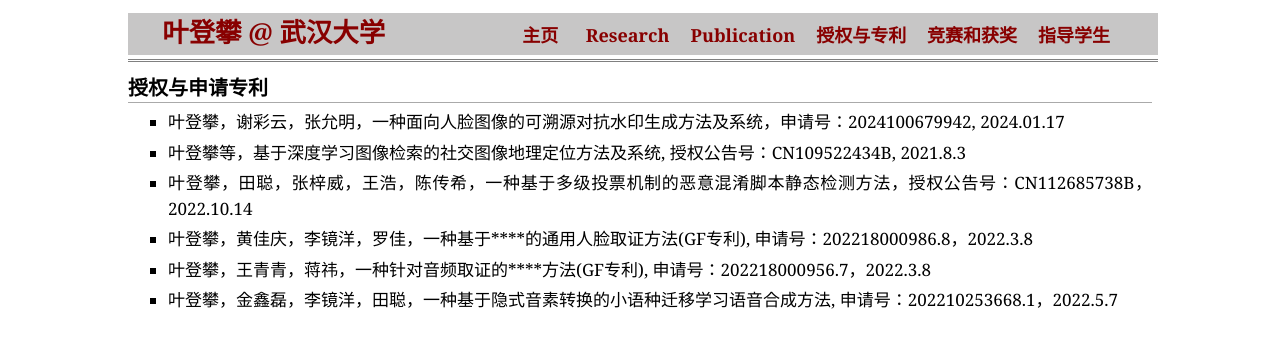
Repository: yedengpan/yedengpan.github.io
Page: patent.html
An editor plug-in stored every save of this project. The page is shown before and after the next save, followed by the edit.
The browser window is 1280 px wide. The pictures show the whole page.

Above is the page before, as saved 2024-01-18 21:06:35.
Console error: SyntaxError: Unexpected token '%'

### patent.html
<!DOCTYPE html PUBLIC "-//W3C//DTD XHTML 1.1//EN" "http://www.w3.org/TR/xhtml11/DTD/xhtml11.dtd">
<html xmlns="http://www.w3.org/1999/xhtml" xml:lang="en">
<head>
    <meta http-equiv="Content-Type" content="text/html; charset=UTF-8">
    <meta name="generator" content="jemdoc, see http://jemdoc.jaboc.net/">

    <link rel="stylesheet" href="./source_files/jemdoc.css" type="text/css">
    <title>授权与专利</title>
    <script type="text/javascript" src="./source_files/jquery-1.12.4.min.js"></script>
    <script src="./source_files/main.js"></script>

</head>
<body>
    <div id="layout-content">

        <div id="toptitle">
            <h1 width=100% id="home">
                &nbsp;&nbsp;&nbsp;&nbsp;
                <font color="#880000">叶登攀 @ 武汉大学</font>
                &nbsp;&nbsp;&nbsp;&nbsp;&nbsp;&nbsp;&nbsp;&nbsp;&nbsp;&nbsp;&nbsp;&nbsp;&nbsp;&nbsp;&nbsp;&nbsp;&nbsp;&nbsp;
                <a href="./index.html"><font color="#880000" size="4.0px">主页</font></a>
                &nbsp;&nbsp;
                <a href="./research.html"><font color="#880000" size="4.0px">Research &nbsp;&nbsp;</font></a>
                <a href="./publication.html"><font color="#880000" size="4.0px">Publication &nbsp;&nbsp;</font></a>
                <a href="./patent.html"><font color="#880000" size="4.0px">授权与专利 &nbsp;&nbsp;</font></a>
                <a href="./awards.html"><font color="#880000" size="4.0px">竞赛和获奖 &nbsp;&nbsp;</font></a>
                <a href="./student.html"><font color="#880000" size="4.0px">指导学生 &nbsp;&nbsp;</font></a>                &nbsp;&nbsp;&nbsp;&nbsp;
            </h1>
        </div>

        <br> <br>

        <h2>授权与申请专利</h2>
        <body>
            <ul>
                <li>
                    <p style="text-align: justify;">
                        叶登攀，谢彩云，张允明，一种面向人脸图像的可溯源对抗水印生成方法及系统，申请号：2024100679942, 2024.01.17
                    </p>

                </li>
                <li>
                    <p style="text-align:justify;">
                        叶登攀等，基于深度学习图像检索的社交图像地理定位方法及系统, 授权公告号：CN109522434B, 2021.8.3
                    </p>
                </li>
                <li>
                    <p style="text-align:justify;">
                        叶登攀，田聪，张梓威，王浩，陈传希，一种基于多级投票机制的恶意混淆脚本静态检测方法，授权公告号：CN112685738B，2022.10.14
                    </p>
                </li>
                <li>
                    <p style="text-align:justify;">
                        叶登攀，黄佳庆，李镜洋，罗佳，一种基于****的通用人脸取证方法(GF专利), 申请号：202218000986.8，2022.3.8
                    </p>
                </li>
                <li>
                    <p style="text-align:justify;">
                        叶登攀，王青青，蒋祎，一种针对音频取证的****方法(GF专利), 申请号：202218000956.7，2022.3.8
                    </p>
                </li>
                <li>
                    <p style="text-align:justify;">
                        叶登攀，金鑫磊，李镜洋，田聪，一种基于隐式音素转换的小语种迁移学习语音合成方法, 申请号：202210253668.1，2022.5.7
                    </p>
                </li>
                <!--<li>
                    <p style="text-align:justify;">
                        叶登攀,王蕊，基于多尺度特征融合的通用图像篡改取证方法及系统，授权公告号：CN116721320A，2023.09.08
                    </p>
                </li>
                <li>
                    <p style="text-align:justify;">
                        叶登攀，金鑫磊，李镜洋，田聪，一种基于隐式音素转换的小语种迁移学习语音合成方法,申请号：202210253668.1，2022.5.7
                    </p>
                </li>
                <li>
                    <p style="text-align:justify;">
                        叶登攀等，一种基于脉搏信号的AI深度换脸视频取证方法, 申请号：201811352507.8, 2018.
                    </p>
                </li>
                <li>
                    <p style="text-align:justify;">
                        叶登攀等, 一种安全媒体指纹生成和鉴定的方法, 授权号：ZL201410208099.4, 2016.
                    </p>
                </li>
                <li>
                    <p style="text-align:justify;">
                        叶登攀，张倬胜，卢玥锟，张浩天，吴荀，一种群智感知大数据公共安全识别方法及系统，授权号：ZL201510500666.8（2017）
                    </p>
                </li>
                <li>
                    <p style="text-align:justify;">
                        叶登攀，欧阳坤，朱吉祥，马方方，一种移动平台上基于情景感知的访问控制系统及方法，授权号：ZL201510679226.3（2018）
                    </p>
                </li>
                <li>
                    <p style="text-align:justify;">
                        叶登攀，张倬胜，卢玥锟，张浩天，吴荀，一种基于群智感知的多模态数据融合方法，申请公布号：CN105005558A（2015）
                    </p>
                </li>
                <li>
                    <p style="text-align:justify;">
                        叶登攀，廉士国，王丽娜，多媒体数据盗版追踪方法，授权号：ZL101645116B（2011）
                    </p>
                </li>
                <li>
                    <p style="text-align:justify;">
                        叶登攀，廉士国，王丽娜，一种媒体发布网络中的发布内容控制方法，授权号：Zl101645117B（2011）
                    </p>
                </li>
                <li>
                    <p style="text-align:justify;">
                        叶登攀，廉士国，王丽娜，视频光盘安全分发方法，授权号：Zl101645289B（2011）
                    </p>
                </li>-->

            </ul>
        </body>
</html>

### source_files/jemdoc.css
/* Default css file for jemdoc. */

table#tlayout {
    border: none;
    border-collapse: separate;
    background: white;
}

/*body.my-body {
	background: white;*/
	/*	font-family: Georgia, serif;*/
	/*font-family: "Times New Roman", Sans-serif, Serif, Arial, Helvetica, sans-serif;
	padding-bottom: 8px;
	margin: 0;
	text-align: center;
}*/

body {
	background: white;
	font-family: Georgia, serif;
	padding-bottom: 8px;
	margin: 0;
	text-align: center;
}

/*
:lang(en) {
	font-family: "Arial", sans-serif;
}

:not(:lang(en)) {
	font-family: inherit;
}
*/

#layout-menu {
	background: #f6f6f6;
	border: 1px solid #dddddd;
	padding-top: 0.5em;
	padding-left: 8px;
	padding-right: 8px;
	font-size: 1.0em;
	width: auto;
	white-space: nowrap;
    text-align: left;
    vertical-align: top;
}

#layout-menu td {
	background: #f4f4f4;
    vertical-align: top;
}

#layout-content {
	padding-top: 0.0em;
	padding-left: 1.0em;
	padding-right: 1.0em;
    border: none;
    background: white;
    text-align: left;
    vertical-align: top;
    /* width:950px; */
    width:1024px;
	/* width:1024px; */
    margin: auto;
}

#layout-menu a {
	line-height: 1.5em;
	margin-left: 0.5em;
}

tt {
    background: #ffffdd;
}

pre, tt {
	font-size: 90%;
	font-family: monaco, monospace;
}

a, a > tt {
	/*color: #0000FF;*/
  color: #0055AA;
	text-decoration: none;
}

a:hover {
	border-bottom: 1px gray dotted;
}

#layout-menu a.current:link, #layout-menu a.current:visited {
	color: #022b6d;
	border-bottom: 1px gray solid;
}
#layout-menu a:link, #layout-menu a:visited, #layout-menu a:hover {
	color: #527bbd;
	text-decoration: none;
}
#layout-menu a:hover {
	text-decoration: none;
}

div.menu-category {
	border-bottom: 1px solid gray;
	margin-top: 0.8em;
	padding-top: 0.2em;
	padding-bottom: 0.1em;
	font-weight: bold;
}

div.menu-item {
	padding-left: 16px;
	text-indent: -16px;
}

div#toptitle {
	padding-bottom: 0.2em;
	margin-bottom: 1.5em;
	border-bottom: 3px double gray;
  position:fixed;

}

/* Reduce space if we begin the page with a title. */
div#toptitle + h2, div#toptitle + h3 {
	margin-top: -0.7em;
}

div#subtitle {
	margin-top: 0.0em;
	margin-bottom: 0.0em;
	padding-top: 0em;
	padding-bottom: 0.1em;
}

em {
	font-style: italic;
}

strong {
	font-weight: bold;
}


h1, h2, h3 {
	color: #000000;
	margin-top: 0.9em;
	margin-bottom: 0.3em;
	padding-bottom: 0.2em;
	line-height: 1.0;
	padding-top: 0.5em;
	border-bottom: 1px solid #aaaaaa;
}

h1 {
	font-size: 165%;
  /*background: #003366;*/
  background: #C7C6C6;
  line-height: 1.5;
}

h2 {
	padding-top: 0.8em;
	font-size: 125%;
}

h2 + h3 {
    padding-top: 0.2em;
}

h3 {
	font-size: 110%;
	border-bottom: none;
}

p {
	margin-top: 0.0em;
	margin-bottom: 0.8em;
	padding: 0;
	line-height: 1.5;
  	/*size of font in body*/
  	font-size: 17px;
}

pre {
	padding: 0;
	margin: 0;
}

div#footer {
	font-size: small;
	border-top: 1px solid #c0c0c0;
	padding-top: 0.1em;
	margin-top: 4.0em;
	color: #c0c0c0;
}

div#footer a {
	color: #80a0b0;
}

div#footer-text {
	float: left;
	padding-bottom: 8px;
}

ul, ol, dl {
	margin-top: 0.2em;
	padding-top: 0;
	margin-bottom: 0.8em;
}

dt {
	margin-top: 0.5em;
	margin-bottom: 0;
}

dl {
	margin-left: 20px;
}

dd {
	color: #222222;
}

dd > *:first-child {
	margin-top: 0;
}

ul {
	list-style-position: outside;
	list-style-type: square;
}

p + ul, p + ol {
	margin-top: -0.5em;
}

li ul, li ol {
	margin-top: -0.3em;
}

ol {
	list-style-position: outside;
	list-style-type: decimal;
}

li p, dd p {
	margin-bottom: 0.3em;
}


ol ol {
	list-style-type: lower-alpha;
}

ol ol ol {
	list-style-type: lower-roman;
}

p + div.codeblock {
	margin-top: -0.6em;
}

div.codeblock, div.infoblock {
	margin-right: 0%;
	margin-top: 1.2em;
	margin-bottom: 1.3em;
}

div.blocktitle {
	font-weight: bold;
	color: #cd7b62;
	margin-top: 1.2em;
	margin-bottom: 0.1em;
}

div.blockcontent {
	border: 1px solid silver;
	padding: 0.3em 0.5em;
}

div.infoblock > div.blockcontent {
	background: #ffffee;
}

div.blockcontent p + ul, div.blockcontent p + ol {
	margin-top: 0.4em;
}

div.infoblock p {
	margin-bottom: 0em;
}

div.infoblock li p, div.infoblock dd p {
	margin-bottom: 0.5em;
}

div.infoblock p + p {
	margin-top: 0.8em;
}

div.codeblock > div.blockcontent {
	background: #f6f6f6;
}

span.pycommand {
	color: #000070;
}

span.statement {
	color: #008800;
}
span.builtin {
	color: #000088;
}
span.special {
	color: #990000;
}
span.operator {
	color: #880000;
}
span.error {
	color: #aa0000;
}
span.comment, span.comment > *, span.string, span.string > * {
	color: #606060;
}

@media print {
	#layout-menu { display: none; }
}

#fwtitle {
	margin: 2px;
}

#fwtitle #toptitle {
	padding-left: 0.5em;
	margin-bottom: 0.5em;
}

#layout-content h1:first-child, #layout-content h2:first-child, #layout-content h3:first-child {
	margin-top: -0.7em;
}

div#toptitle h1, #layout-content div#toptitle h1 {
	margin-bottom: 0.0em;
	padding-bottom: 0.1em;
	padding-top: 0;
	margin-top: 0.5em;
	border-bottom: none;
}

img.eq {
	padding: 0;
	padding-left: 0.1em;
	padding-right: 0.1em;
	margin: 0;
}

img.eqwl {
	padding-left: 2em;
	padding-top: 0.6em;
	padding-bottom: 0.2em;
	margin: 0;
}

table {
    border: 2px solid black;
    border-collapse: collapse;
}

td {
    padding: 2px;
    padding-left: 0.5em;
    padding-right: 0.5em;
    text-align: center;
    border: 1px solid gray;
}

table + table {
    margin-top: 1em;
}

tr.heading {
    font-weight: bold;
    border-bottom: 2px solid black;
}

img {
    border: none;
}

table.imgtable, table.imgtable td {
    border: none;
    text-align: left;
    padding-top: 4em;
}

### static/js/main.js
---
---
$(function() {
  deadlineByConf = {};

  {% for conf in site.data.conferences %}
  {% assign conf_id = conf.name | append: conf.year | slugify %}
  {% if conf.deadline == "TBA" %}
  $('#{{ conf_id }} .timer').html("TBA");
  $('#{{ conf_id }} .deadline-time').html("TBA");
  deadlineByConf["{{ conf_id }}"] = null;

  {% else %}
  var rawDeadlines = {{ conf.deadline | jsonify }} || [];
  if (rawDeadlines.constructor !== Array) {
    rawDeadlines = [rawDeadlines];
  }
  var parsedDeadlines = [];
  while (rawDeadlines.length > 0) {
    var rawDeadline = rawDeadlines.pop();
    // check if date is template
    if (rawDeadline.indexOf('%m') >= 0) {
      for (var m = 1; m <= 12; m++) {
        rawDeadlines.push(rawDeadline.replace('%m', m < 10 ? '0' + m : m));
      }
    } else if (rawDeadline.indexOf('%y') >= 0) {
      year = parseInt(moment().year());
      rawDeadlines.push(rawDeadline.replace('%y', year));
      rawDeadlines.push(rawDeadline.replace('%y', year + 1));

    } else {
      // adjust date according to deadline timezone
      {% if conf.timezone %}
      var deadline = moment.tz(rawDeadline, "{{ conf.timezone }}");
      {% else %}
      var deadline = moment.tz(rawDeadline, "Etc/GMT+12"); // Anywhere on Earth
      {% endif %}

      // post-process date
      if (deadline.minutes() === 0) {
        deadline.subtract(1, 'seconds');
      }
      if (deadline.minutes() === 59) {
        deadline.seconds(59);
      }
      parsedDeadlines.push(deadline);
    }
  }

  // check which deadline is closest
  var confDeadline = parsedDeadlines[0];
  var today = moment();
  for (var i = 1; i < parsedDeadlines.length; i++) {
    deadlineCandidate = parsedDeadlines[i];
    if ((today.diff(deadlineCandidate) < 0 && today.diff(deadlineCandidate) > today.diff(confDeadline))) {
      confDeadline = deadlineCandidate;
    }
  }

  // render countdown timer
  if (confDeadline) {
    function make_update_countdown_fn(confDeadline) {
      return function(event) {
        diff = moment() - confDeadline
        if (diff <= 0) {
           $(this).html(event.strftime('%D days %Hh %Mm %Ss'));
        } else {
          $(this).html(confDeadline.fromNow());
        }
      }
    }
    $('#{{ conf_id }} .timer').countdown(confDeadline.toDate(), make_update_countdown_fn(confDeadline));
    // check if date has passed, add 'past' class to it
    if (moment() - confDeadline > 0) {
      $('#{{ conf_id }}').addClass('past');
    }
    $('#{{ conf_id }} .deadline-time').html(confDeadline.local().format('D MMM YYYY, h:mm:ss a'));
    deadlineByConf["{{ conf_id }}"] = confDeadline;
  }
  {% endif %}
  {% endfor %}

  // Reorder list
  confs = $('.conf');
  confs.detach().sort(function(a, b) {
    var today = moment();
    var a = deadlineByConf[a.id];
    var b = deadlineByConf[b.id];
    var diff1 = today.diff(a)
    var diff2 = today.diff(b)
    if (a == null && b == null) {
      return 0;
    }
    if (a == null && diff2 > 0) {
      return -1;
    }
    if (a == null && diff2 < 0) {
      return +1;
    }
    if (b == null && diff1 > 0) {
      return +1;
    }
    if (b == null && diff1 < 0) {
      return -1;
    }
    if (diff1 < 0 && diff2 > 0) {
      return -1;
    }
    if (diff1 > 0 && diff2 < 0) {
      return +1;
    }
    if (diff1 < 0 && diff2 < 0) {
      return -1 ? diff1 < diff2 : +1;
    }
    if (diff1 > 0 && diff2 > 0) {
      return -1 ? a < b : +1;
    }
  });
  $('.conf-container').append(confs);

  // Set checkboxes
  var conf_type_data = {{ site.data.types | jsonify }};
  var all_tags = [];
  var toggle_status = {};
  for (var i = 0; i < conf_type_data.length; i++) {
    all_tags[i] = conf_type_data[i]['tag'];
    toggle_status[all_tags[i]] = false;
  }
  var tags = store.get('{{ site.domain }}');
  if (tags === undefined) {
    tags = all_tags;
  }
  for (var i = 0; i < tags.length; i++) {
    $('#' + tags[i] + '-checkbox').prop('checked', true);
    toggle_status[tags[i]] = true;
  }
  store.set('{{ site.domain }}', tags);

  function update_conf_list() {
    confs.each(function(i, conf) {
      var conf = $(conf);
      var show = false;
      for (var i = 0; i < all_tags.length; i++) {
        if(conf.hasClass(all_tags[i])) {
          show = show | toggle_status[all_tags[i]];
        }
      }
      if (show) {
        conf.show();
      } else {
        conf.hide()
      }
    });
  }
  update_conf_list();

  // Event handler on checkbox change
  $('form :checkbox').change(function(e) {
    var checked = $(this).is(':checked');
    var tag = $(this).prop('id').slice(0, -9);
    toggle_status[tag] = checked;

    if (checked == true) {
      if (tags.indexOf(tag) < 0)
        tags.push(tag);
    }
    else {
      var idx = tags.indexOf(tag);
      if (idx >= 0)
        tags.splice(idx, 1);
    }
    store.set('{{ site.domain }}', tags);
    update_conf_list();
  });
});

Loaded but not shown: source_files/jquery-1.12.4.min.js (library)

After the next save:
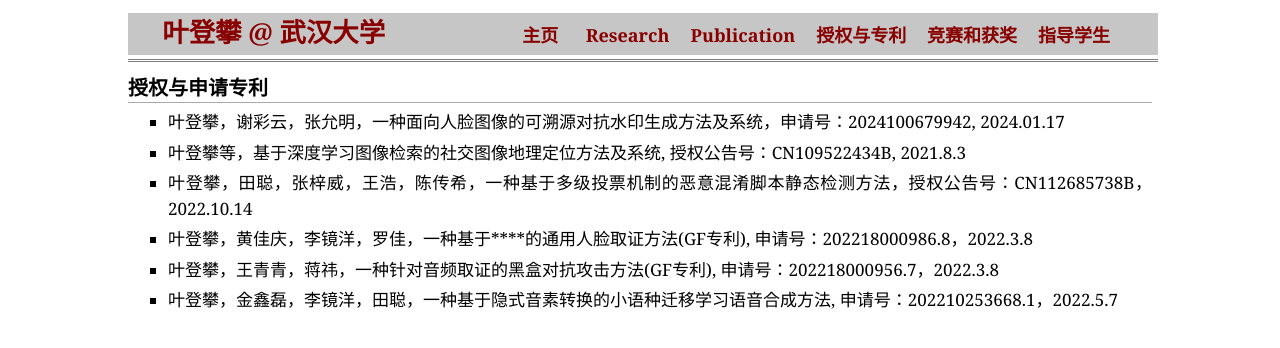
Saved 6 s later.
--- a/patent.html
+++ b/patent.html
@@ -56,7 +56,7 @@
                 </li>
                 <li>
                     <p style="text-align:justify;">
-                        叶登攀，王青青，蒋祎，一种针对音频取证的****方法(GF专利), 申请号：202218000956.7，2022.3.8
+                        叶登攀，王青青，蒋祎，一种针对音频取证的黑盒对抗攻击方法(GF专利), 申请号：202218000956.7，2022.3.8
                     </p>
                 </li>
                 <li>

After the save that followed:
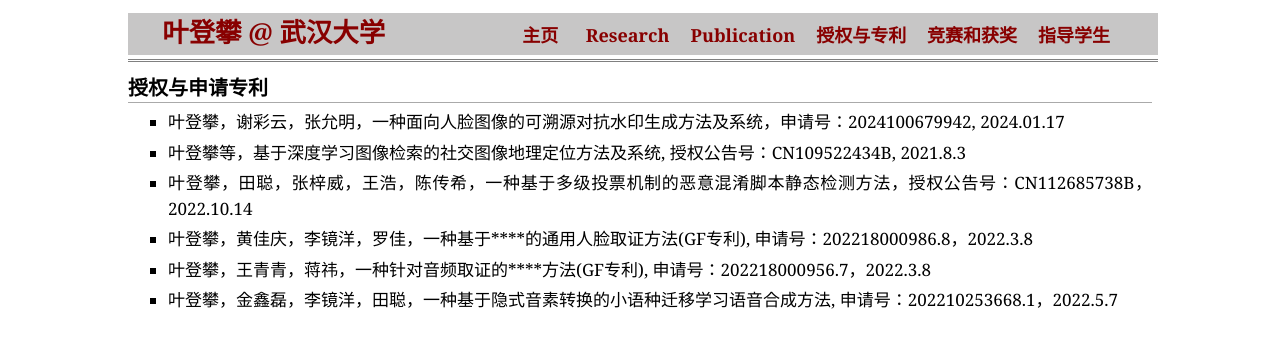
Saved 9 s later.
--- a/patent.html
+++ b/patent.html
@@ -56,7 +56,7 @@
                 </li>
                 <li>
                     <p style="text-align:justify;">
-                        叶登攀，王青青，蒋祎，一种针对音频取证的黑盒对抗攻击方法(GF专利), 申请号：202218000956.7，2022.3.8
+                        叶登攀，王青青，蒋祎，一种针对音频取证的****方法(GF专利), 申请号：202218000956.7，2022.3.8
                     </p>
                 </li>
                 <li>
